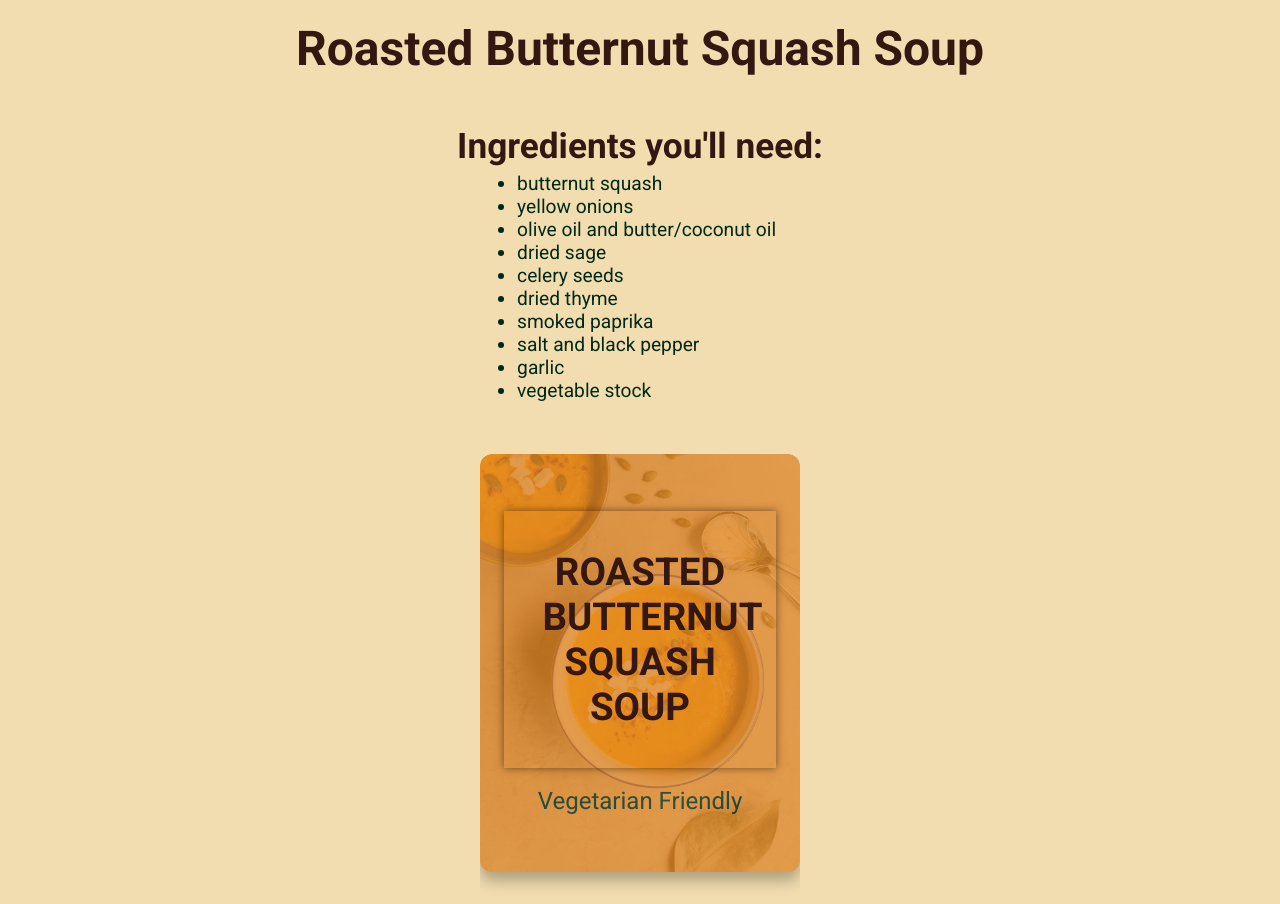
Repository: IDMX225/css-card-flip-LyssaMA
Page: src/index.html
The author's editor kept a copy of each file at every save. The page is drawn from the files as they stood at one save, then again after the next save.
The browser window is 1280 px wide. The pictures show the whole page.
The style sheet was rebuilt from its Sass, Less or Tailwind sources for each picture, by a compiler version that may differ from the author's.

Above is the page before, as saved 2024-11-12 22:53:46.
Not found: src/js/index.js

### src/index.html
<!DOCTYPE html>
<html lang="en">

<head>
  <meta charset="UTF-8">
  <meta name="viewport" content="width=device-width, initial-scale=1.0">
  <meta name="description" content="A modern CSS page">
  <meta name="generator" content="Eleventy v1.2">
  <title>Recipe</title>
  <link rel="shortcut icon" href="images/squash.png" type="image/png">
  <link rel="stylesheet" href="css/main.css">
</head>

<body>
  <!-- Title above the card -->
  <div class="title-above-card">Roasted Butternut Squash Soup</div>

  <!-- Ingredients Section -->
  <div class="ingredients">
    <div class="ingredients-heading">Ingredients you'll need:</div>
    <ul class="ingredients-list">
      <li>butternut squash</li>
      <li>yellow onions</li>
      <li>olive oil and butter/coconut oil</li>
      <li>dried sage</li>
      <li>celery seeds</li>
      <li>dried thyme</li>
      <li>smoked paprika</li>
      <li>salt and black pepper</li>
      <li>garlic</li>
      <li>vegetable stock</li>
    </ul>
  </div>

  <!-- The Card with the Recipe Title inside -->
  <div class="card">
    <div class="card__content">
      <div class="card__front">
        <!-- Image added to the front -->
        <img src="images/squashsoup.jpg" alt="Roasted Butternut Squash Soup" class="card__image">
        <h3 class="card__title">Roasted Butternut Squash Soup</h3>
        <p class="card__subtitle">Vegetarian Friendly</p>
      </div>

      <div class="card__back">
        <p class="card__body">To roast the squash, simply place the seasoned squash onto two large baking sheets lined
          with aluminum foil for easy cleanup. Roast in the oven for 45 minutes at 400°F.
          There's no need to flip over the squash halfway through roasting. Just let it go for 45 minutes and that's it!
          Enjoy!</p>
      </div>
    </div>
  </div>

  <script src="js/index.js"></script>
</body>

</html>

### src/sass/main.scss
/* Import Google Fonts */
@import url('https://fonts.googleapis.com/css2?family=Roboto:wght@400;700&display=swap');
@import url('https://fonts.googleapis.com/css2?family=Playfair+Display:wght@400;700&display=swap');
@import url('https://fonts.googleapis.com/css2?family=Lora:wght@400;700&display=swap');


:root {
  --level-three: translateZ(9rem);
  --fw-normal: 400;
  --fw-bold: 700;
  --clr: #e08624; /* Squash Soup Orange */
  --clr-dark: #331710; /* Dark brown for the card back */
  --font-family: 'Roboto', sans-serif;
}

*,
*::before,
*::after {
  box-sizing: border-box;
  margin: 0;
}

body {
  font-family: var(--font-family);
  height: 100vh;
  display: grid;
  place-items: center;
  padding: 20px;
  background-color: #f1ddb0;
}

/* Title Above Card */
.title-above-card {
  font-family: var(--font-family);
  font-size: 3rem;
  font-weight: var(--fw-bold);
  text-align: center;
  margin-bottom: 1em;
  color: #331710;
}

/* Ingredients Section */
.ingredients {
  text-align: center;
  margin-bottom: 2em;
}

.ingredients-heading {
  font-family: var(--font-family);
  font-size: 2.2rem;
  font-weight: var(--fw-bold);
  color: #331710;
  margin-bottom: 5px;
}

.ingredients-list {
  text-align: left;
  font-family: var(--font-family);
  font-size: 1.2rem;
  color: #022915; /* Dark green color */
  list-style-type: disc;
  margin-left: 20px;
}

/* Card Container */
.card {
  width: 320px;
  height: 450px;
  perspective: 1000px;
  border-radius: 12px;
  overflow: hidden;
  padding-bottom: 2em;
  display: flex;
  flex-direction: column;
  position: relative;
  margin-top: 20px;
  margin-bottom: 10px;
}

/* Card Content */
.card__content {
  position: relative;
  width: 100%;
  height: 100%;
  transform-style: preserve-3d;
  transition: transform 0.6s;
}

.card:hover .card__content {
  transform: rotateY(180deg);
}

/* Front and Back of the Card */
.card__front,
.card__back {
  position: absolute;
  top: 0;
  left: 0;
  right: 0;
  bottom: 0;
  backface-visibility: hidden;
  display: flex;
  justify-content: center;
  align-items: center;
  border-radius: 12px;
  box-sizing: border-box;
  width: 100%;
  height: 100%;
}

/* Front of the Card */
.card__front {
  background-color: var(--clr);
  color: #022c17;
  padding: 1.5em;
  border-radius: 12px;
  box-shadow: 0 8px 16px rgba(0, 0, 0, 0.3);
  position: relative; /* Make sure the front is positioned relative */
  display: flex;
  flex-direction: column;
  justify-content: center;
  align-items: center;
  text-align: center;
  z-index: 1;  /* Make sure the title and subtitle appear above the image */
  overflow: hidden;  /* Prevent text from overflowing the card */
}

/* Image on the Front of the Card */
.card__image {
  position: absolute; /* Position the image absolutely inside the card front */
  top: 0;
  left: 0;
  right: 0;
  bottom: 0;
  width: 100%;  /* Make sure the image covers the whole front */
  height: 100%;  /* Ensure it stretches across the full height of the card */
  object-fit: cover;  /* Make sure the image doesn't stretch or distort */
  opacity: 0.3;  /* Apply 70% transparency */
  z-index: 0;  /* Ensure the image stays behind the text */
  object-position: center;  /* Center the image in case it doesn't fit perfectly */
}

/* Title on Card Front */
.card__title {
  font-family: var(--font-family);
  font-size: 2.4rem;
  font-weight: var(--fw-bold);
  text-transform: uppercase;
  color: #331710;
  box-shadow: 0 0 8px rgba(0, 0, 0, 0.5);
  padding: 1em;
  text-align: center;
  position: relative;
  z-index: 2;  /* Ensure that the title is above the image */
  width: 100%; /* Ensure full width */
  box-sizing: border-box;
  margin-bottom: 0.5em;
}

/* Subtitle on Card */
.card__subtitle {
  font-family: var(--font-family);
  font-size: 1.5rem;
  font-weight: var(--fw-normal);
  text-align: center;
  margin-top: 0; /* Remove extra margin */
}

/* Image on Front of Card */
.card__image {
  position: absolute;
  top: 0;
  left: 0;
  right: 0;
  bottom: 0;
  object-fit: cover; /* Make sure the image covers the entire card */
  opacity: 0.2;
  z-index: 0; /* Image behind the text */
  width: 100%;
  height: 100%;
  object-position: center; /* Center the image */
}

/* Back of the Card */
.card__back {
  background: var(--clr-dark);
  color: #f7d07d;
  transform: rotateY(180deg);
  border-radius: 12px;
  padding: 2em;
  box-sizing: border-box;
  text-align: center;
  z-index: 1;
  overflow: hidden;
}

.card__body {
  font-family: var(--font-family);
  font-size: 1.1rem;
  line-height: 1.5;
  text-align: center;
  max-width: 90%;
  box-sizing: border-box;
  padding: 1em;
}

After the next save:
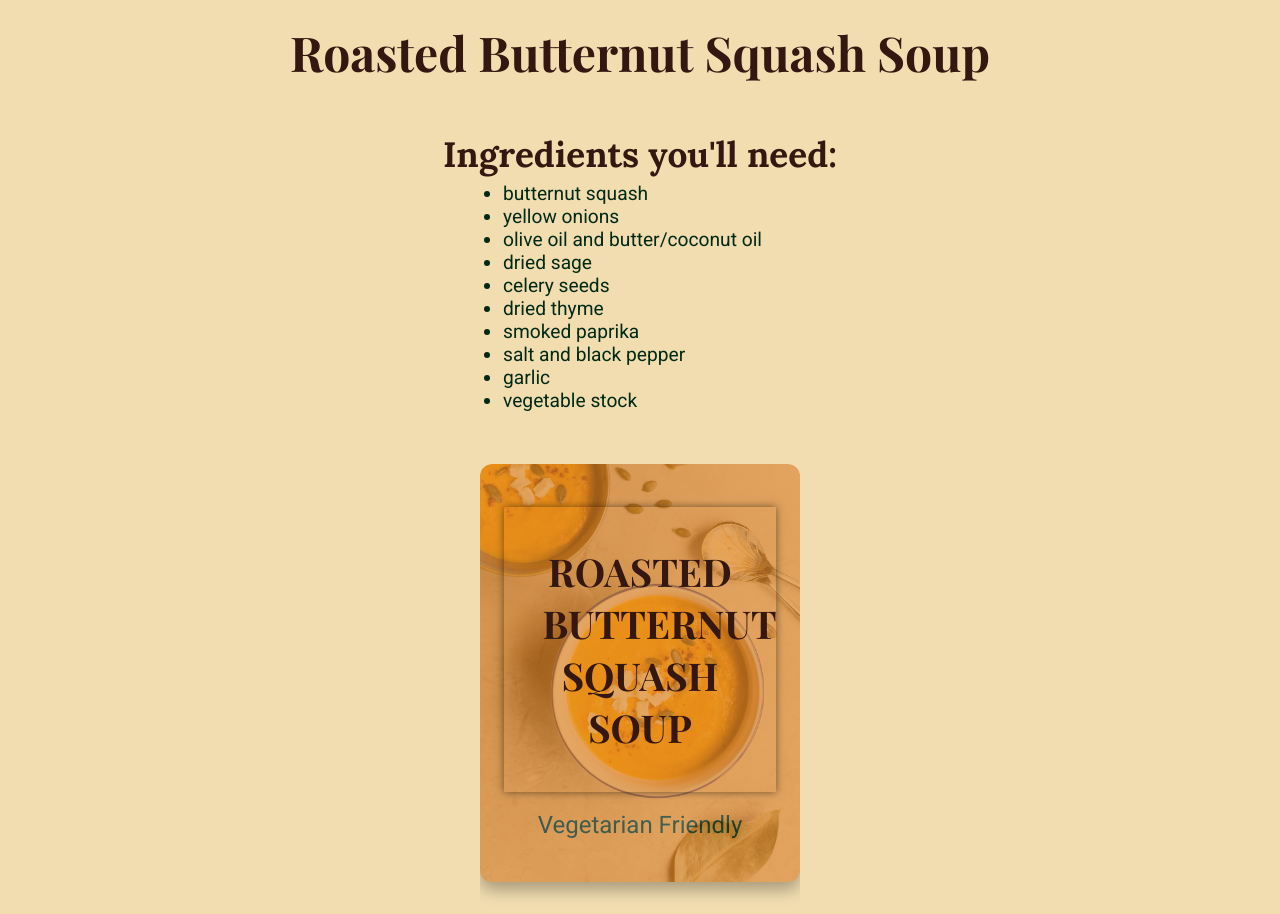
Saved 32 s later.
--- a/src/sass/main.scss
+++ b/src/sass/main.scss
@@ -2,7 +2,6 @@
 @import url('https://fonts.googleapis.com/css2?family=Roboto:wght@400;700&display=swap');
 @import url('https://fonts.googleapis.com/css2?family=Playfair+Display:wght@400;700&display=swap');
 @import url('https://fonts.googleapis.com/css2?family=Lora:wght@400;700&display=swap');
-
 
 :root {
   --level-three: translateZ(9rem);
@@ -10,9 +9,12 @@
   --fw-bold: 700;
   --clr: #e08624; /* Squash Soup Orange */
   --clr-dark: #331710; /* Dark brown for the card back */
-  --font-family: 'Roboto', sans-serif;
-}
-
+  --font-family-roboto: 'Roboto', sans-serif;
+  --font-family-playfair: 'Playfair Display', serif;
+  --font-family-lora: 'Lora', serif;
+}
+
+/* Universal Reset */
 *,
 *::before,
 *::after {
@@ -20,8 +22,9 @@
   margin: 0;
 }
 
+/* Body */
 body {
-  font-family: var(--font-family);
+  font-family: var(--font-family-roboto);
   height: 100vh;
   display: grid;
   place-items: center;
@@ -31,7 +34,7 @@ body {
 
 /* Title Above Card */
 .title-above-card {
-  font-family: var(--font-family);
+  font-family: var(--font-family-playfair);
   font-size: 3rem;
   font-weight: var(--fw-bold);
   text-align: center;
@@ -46,7 +49,7 @@ body {
 }
 
 .ingredients-heading {
-  font-family: var(--font-family);
+  font-family: var(--font-family-lora);
   font-size: 2.2rem;
   font-weight: var(--fw-bold);
   color: #331710;
@@ -55,7 +58,7 @@ body {
 
 .ingredients-list {
   text-align: left;
-  font-family: var(--font-family);
+  font-family: var(--font-family-roboto);
   font-size: 1.2rem;
   color: #022915; /* Dark green color */
   list-style-type: disc;
@@ -66,7 +69,7 @@ body {
 .card {
   width: 320px;
   height: 450px;
-  perspective: 1000px;
+  perspective: 1200px; /* 3D Perspective */
   border-radius: 12px;
   overflow: hidden;
   padding-bottom: 2em;
@@ -75,6 +78,7 @@ body {
   position: relative;
   margin-top: 20px;
   margin-bottom: 10px;
+  transition: transform 0.8s ease-out; /* Smooth scaling */
 }
 
 /* Card Content */
@@ -87,7 +91,7 @@ body {
 }
 
 .card:hover .card__content {
-  transform: rotateY(180deg);
+  transform: rotateY(180deg); /* 3D Flip Effect */
 }
 
 /* Front and Back of the Card */
@@ -115,34 +119,34 @@ body {
   padding: 1.5em;
   border-radius: 12px;
   box-shadow: 0 8px 16px rgba(0, 0, 0, 0.3);
-  position: relative; /* Make sure the front is positioned relative */
+  position: relative;
   display: flex;
   flex-direction: column;
   justify-content: center;
   align-items: center;
   text-align: center;
-  z-index: 1;  /* Make sure the title and subtitle appear above the image */
-  overflow: hidden;  /* Prevent text from overflowing the card */
+  z-index: 1;
+  overflow: hidden;
 }
 
 /* Image on the Front of the Card */
 .card__image {
-  position: absolute; /* Position the image absolutely inside the card front */
+  position: absolute;
   top: 0;
   left: 0;
   right: 0;
   bottom: 0;
-  width: 100%;  /* Make sure the image covers the whole front */
-  height: 100%;  /* Ensure it stretches across the full height of the card */
-  object-fit: cover;  /* Make sure the image doesn't stretch or distort */
-  opacity: 0.3;  /* Apply 70% transparency */
-  z-index: 0;  /* Ensure the image stays behind the text */
-  object-position: center;  /* Center the image in case it doesn't fit perfectly */
+  width: 100%;
+  height: 100%;
+  object-fit: cover;
+  opacity: 0.3;
+  z-index: 0;
+  object-position: center;
 }
 
 /* Title on Card Front */
 .card__title {
-  font-family: var(--font-family);
+  font-family: var(--font-family-playfair);
   font-size: 2.4rem;
   font-weight: var(--fw-bold);
   text-transform: uppercase;
@@ -151,34 +155,19 @@ body {
   padding: 1em;
   text-align: center;
   position: relative;
-  z-index: 2;  /* Ensure that the title is above the image */
-  width: 100%; /* Ensure full width */
+  z-index: 2;
+  width: 100%;
   box-sizing: border-box;
   margin-bottom: 0.5em;
 }
 
 /* Subtitle on Card */
 .card__subtitle {
-  font-family: var(--font-family);
+  font-family: var(--font-family-roboto);
   font-size: 1.5rem;
   font-weight: var(--fw-normal);
   text-align: center;
-  margin-top: 0; /* Remove extra margin */
-}
-
-/* Image on Front of Card */
-.card__image {
-  position: absolute;
-  top: 0;
-  left: 0;
-  right: 0;
-  bottom: 0;
-  object-fit: cover; /* Make sure the image covers the entire card */
-  opacity: 0.2;
-  z-index: 0; /* Image behind the text */
-  width: 100%;
-  height: 100%;
-  object-position: center; /* Center the image */
+  margin-top: 0;
 }
 
 /* Back of the Card */
@@ -194,8 +183,9 @@ body {
   overflow: hidden;
 }
 
+/* Body Text on Back */
 .card__body {
-  font-family: var(--font-family);
+  font-family: var(--font-family-roboto);
   font-size: 1.1rem;
   line-height: 1.5;
   text-align: center;
@@ -203,3 +193,14 @@ body {
   box-sizing: border-box;
   padding: 1em;
 }
+
+/* Hover Effects */
+.card:hover {
+  transform: scale(1.05); /* Slightly scale up the card */
+}
+
+/* Shadow Effect on Hover */
+.card:hover .card__front,
+.card:hover .card__back {
+  box-shadow: 0 8px 20px rgba(0, 0, 0, 0.3), 0 0 30px rgba(0, 0, 0, 0.5);
+}
